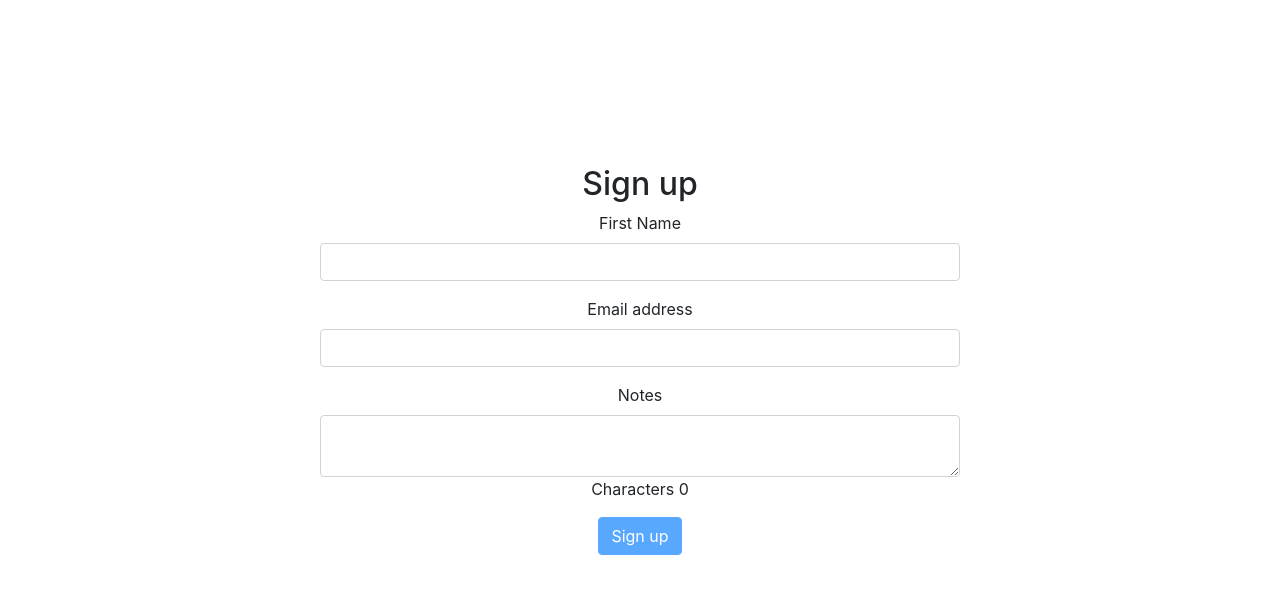
Repository: jklodge/react-form
Page: / (app in adzuna-form/)
These files come from the project's save history. The page is drawn as it stood at one moment and after the next save; the edit follows.
The browser window is 1280 px wide. The pictures show the whole page.
The project was rebuilt for these pictures with package versions that can differ from the ones it lists, and the page was loaded fresh each time. Also part of the build but not shown: adzuna-form/src/Components/SuccessPage.js.

Above is the page before, as saved 2020-01-09 13:44:08.

### adzuna-form/src/App.js
import React from "react";
import "bootstrap/dist/css/bootstrap.css";
// import "bootstrap/dist/css/bootstrap-theme.css";
import "./App.css";
import Form from "./Components/Form.js";

function App() {
  return (
    <div className="App">
      <main>
        <Form />
      </main>
    </div>
  );
}

export default App;

### adzuna-form/src/Components/Form.js
import React, { Component } from "react";
import "./Form.scss";
import { SuccessPage } from "./SuccessPage";
class Form extends Component {
  state = {
    email: "",
    name: "",
    notes: "",
    errorValidation: { email: "", name: "", notes: "" },
    emailValid: false,
    nameValid: false,
    notesValid: false,
    formValid: false,
    isSubmitted: false
  };

  //manage user input change and set value to state of input name
  handleChange = e => {
    const value = e.target.value;
    this.setState({
      ...this.state,
      [e.target.name]: value
    });
  };

  //Check inputs are valid against the conditions and then set these to the
  //errorValidation object. Set whether inputs are valid to state
  checkInput = e => {
    const value = e.target.value;
    const name = e.target.name;

    let inputValidationErrors = this.state.errorValidation;
    let emailValid = this.state.emailValid;
    let nameValid = this.state.nameValid;
    let notesValid = this.state.notesValid;

    switch (name) {
      case "email":
        if (value.match(/^([\w.%+-]+)@([\w-]+\.)+([\w]{2,})$/i))
          emailValid = true;
        inputValidationErrors.email = emailValid ? "" : " is invalid";
        break;
      case "name":
        nameValid = value.length >= 2;
        inputValidationErrors.name = nameValid ? "" : " is too short";
        break;
      case "notes":
        notesValid = value.length >= 20;
        inputValidationErrors.notes = notesValid ? "" : " is too short";
        break;
      default:
        break;
    }
    this.setState(
      {
        errorValidation: inputValidationErrors,
        emailValid: emailValid,
        nameValid: nameValid,
        notesValid: notesValid
      },
      this.checkFormValidation
    );
  };

  //Validate whether form is valid by checking all state inputs are true
  checkFormValidation = () => {
    this.setState({
      formValid:
        this.state.emailValid && this.state.nameValid && this.state.notesValid
    });
  };

  //Handle the submission of the form add prevent default and
  handleSubmit = e => {
    e.preventDefault();
    if (this.state.formValid) this.setState({ isSubmitted: true });
  };

  render() {
    return (
      <div className="adzuna-form">
        {!this.state.isSubmitted && (
          <form onSubmit={this.handleSubmit} className="form-container">
            <h2>Sign up</h2>
            <div className={`form-group `}>
              <label htmlFor="text">First Name</label>
              <input
                type="text"
                className={`form-control ${
                  this.state.errorValidation.name
                    ? "is-invalid"
                    : this.state.nameValid
                    ? "is-valid"
                    : ""
                }`}
                name="name"
                value={this.state.name}
                onChange={this.handleChange}
                onBlur={this.checkInput}
                required
              />
            </div>
            <p>
              {this.state.errorValidation.name
                ? "This name needs to be more than one character"
                : ""}
            </p>

            <div className={`form-group `}>
              <label htmlFor="email">Email address</label>
              <input
                type="email"
                className={`form-control ${
                  this.state.errorValidation.email
                    ? "is-invalid"
                    : this.state.emailValid
                    ? "is-valid"
                    : ""
                }`}
                name="email"
                value={this.state.email}
                onChange={this.handleChange}
                onBlur={this.checkInput}
                required
              />
              <p>
                {this.state.errorValidation.email
                  ? "This email is not recognised"
                  : ""}
              </p>
            </div>
            <div className={`form-group `}>
              <label htmlFor="comment">Notes</label>
              <textarea
                type="text"
                className={`form-control ${
                  this.state.errorValidation.notes
                    ? "is-invalid"
                    : this.state.notesValid
                    ? "is-valid"
                    : ""
                }`}
                name="notes"
                value={this.state.notes}
                onChange={this.handleChange}
                onBlur={this.checkInput}
                required
              />
              <span>Characters </span>
              <span>{this.state.notes.length}</span>
              <p>
                {this.state.errorValidation.notes
                  ? "Needs to be more than 20 characters"
                  : ""}
              </p>
            </div>
            <button
              type="submit"
              className="btn btn-primary"
              disabled={!this.state.formValid}
            >
              Sign up
            </button>
          </form>
        )}
        {this.state.isSubmitted && <SuccessPage name={this.state.name} />}
      </div>
    );
  }
}
export default Form;

### adzuna-form/src/Components/Form.scss
.adzuna-form {
  align-items: center;
  display: flex;
  flex-direction: column;
  height: 100vh;
  justify-content: center;

  .form-container {
    width: 50%;
  }

  .form {
    margin: 20px;
  }

  .is-invalid {
    border-color: #dc3545;
  }
}

Loaded but not shown: adzuna-form/public/index.html (common file); adzuna-form/src/index.js (common file); adzuna-form/src/index.css (common file); adzuna-form/src/serviceWorker.js (common file); adzuna-form/src/App.css (common file)

After the next save:
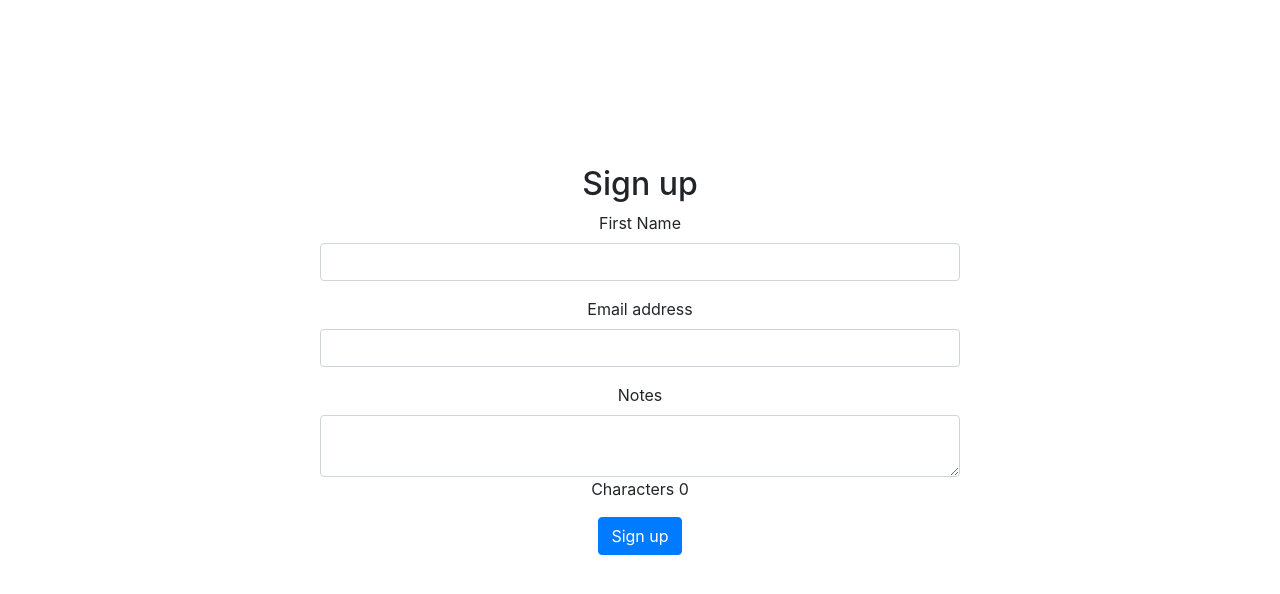
Saved 27 s later.
--- a/adzuna-form/src/Components/Form.js
+++ b/adzuna-form/src/Components/Form.js
@@ -74,6 +74,15 @@
   handleSubmit = e => {
     e.preventDefault();
     if (this.state.formValid) this.setState({ isSubmitted: true });
+  };
+
+  handleSignUpClick = () => {
+    console.log("f");
+    return !this.state.formValid ? (
+      ""
+    ) : (
+      <p>Your form is incomplete, please fill in all the field correctly.</p>
+    );
   };
 
   render() {
@@ -157,7 +166,8 @@
             <button
               type="submit"
               className="btn btn-primary"
-              disabled={!this.state.formValid}
+              onClick={this.handleSignUpClick}
+              // disabled={!this.state.formValid}
             >
               Sign up
             </button>

After the 2 saves that followed:
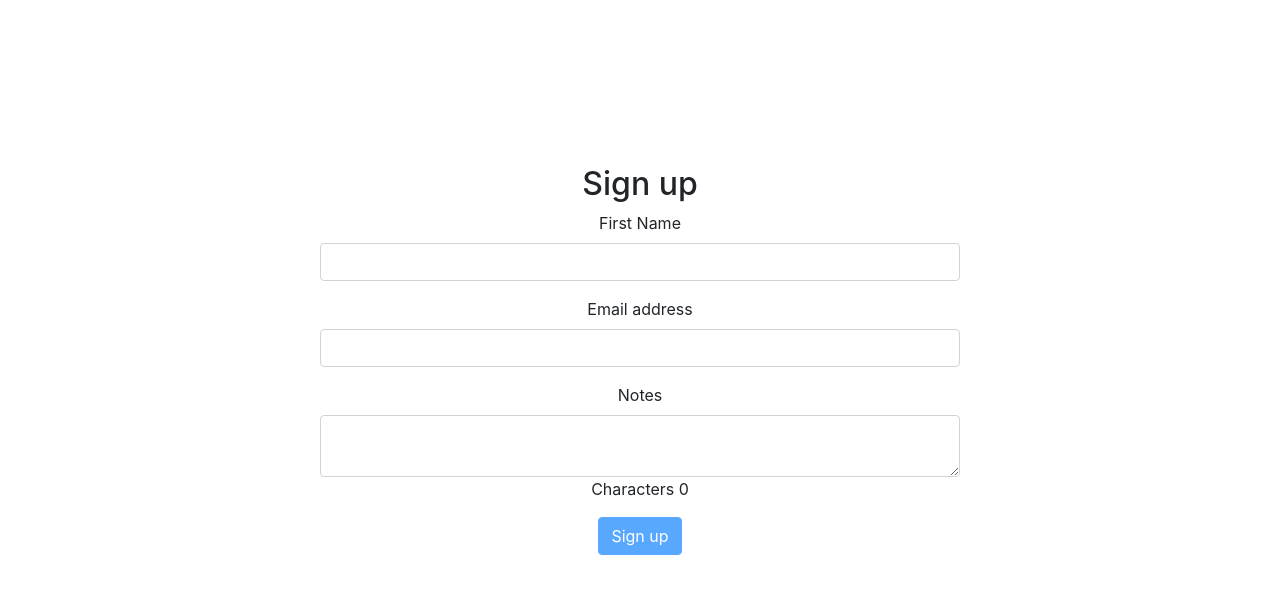
The 2 saves are shown as one change because 1 left the picture as it was.
The last was saved 35 s later.
--- a/adzuna-form/src/Components/Form.js
+++ b/adzuna-form/src/Components/Form.js
@@ -166,8 +166,7 @@
             <button
               type="submit"
               className="btn btn-primary"
-              onClick={this.handleSignUpClick}
-              // disabled={!this.state.formValid}
+              disabled={!this.state.formValid}
             >
               Sign up
             </button>
